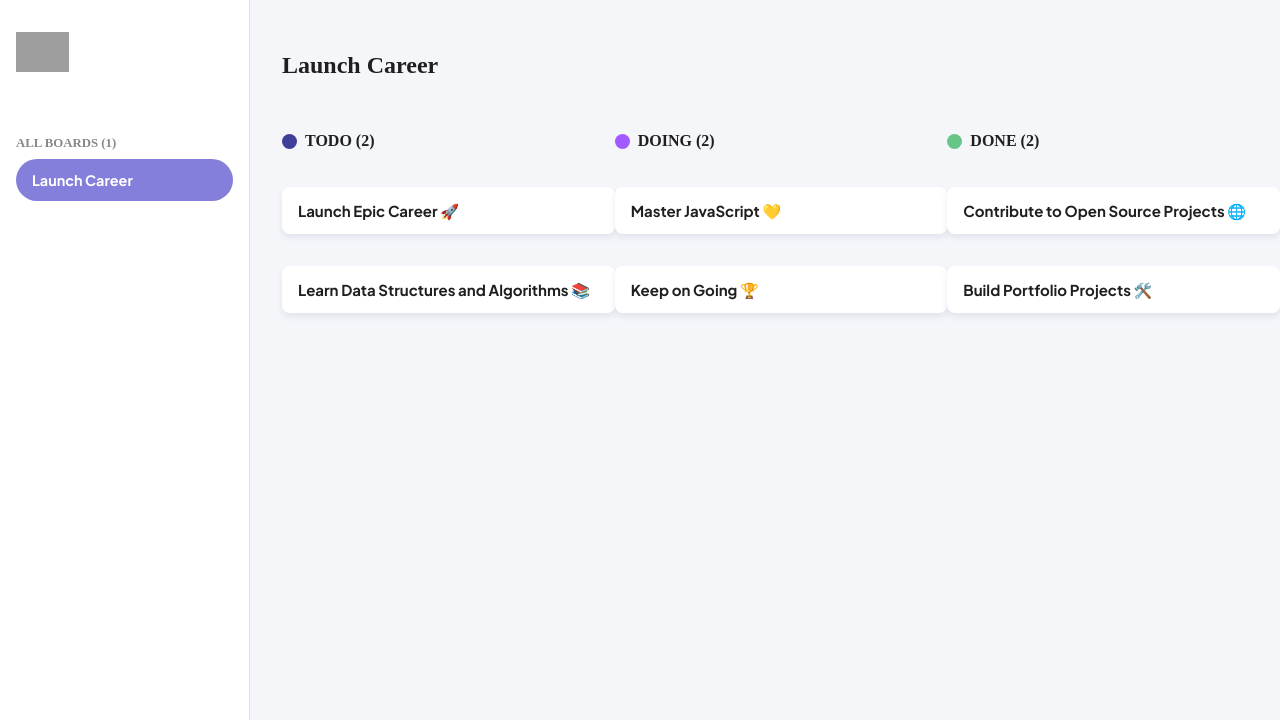
Repository: andajonas/ANDJON25111_fto2502_A2_Anda_Jonas_JSL01
Page: index.html
The author's editor kept a copy of each file at every save. The page is drawn from the files as they stood at one save, then again after the next save.
The browser window is 1280 px wide. The pictures show the whole page.
The pointer rests on the first visible `.board-btn`.
Pictures or frames that could not be fetched are drawn as grey boxes.

Above is the page before, as saved 2025-04-25 13:01:18.

### index.html
<html lang="en">
  <head>
    <meta charset="UTF-8" />
    <meta name="viewport" content="width=device-width, initial-scale=1.0" />
    <title>Kanban Board</title>
    <link rel="stylesheet" href="style.css" />
  </head>

  <body>
    <div class="kanban-container">
      <!-- Sidebar -->
      <nav class="sidebar">
        <div class="logo">
<img src="assets/logo-light.svg" alt="Kanban logo">
        </div>
        <div class="board-list">
          <h4>ALL BOARDS (1)</h4>
          <button class="board-btn">Launch Career</button>
        </div>
      </nav>

      <!-- Main Board Section -->
      <div class="main-board">
        <header>
          <h2 class="board-title">Launch Career</h2>
        </header>

        <main class="columns">
          <!-- TO DO Column -->
          <div class="column">
            <div class="column-header">
              <span class="dot todo"></span>
              <h4>TODO (2)</h4>
            </div>
            <div class="card-container">
              <div class="card">Launch Epic Career 🚀</div>
              <div class="card">Learn Data Structures and Algorithms 📚</div>
            </div>
          </div>

          <!-- DOING Column -->
          <div class="column">
            <div class="column-header">
              <span class="dot doing"></span>
              <h4>DOING (2)</h4>
            </div>
            <div class="card-container">
              <div class="card">Master JavaScript 💛</div>
              <div class="card">Keep on Going 🏆</div>
            </div>
          </div>

          <!-- DONE Column -->
          <div class="column">
            <div class="column-header">
              <span class="dot done"></span>
              <h4>DONE (2)</h4>
            </div>
            <div class="card-container">
              <div class="card">Contribute to Open Source Projects 🌐</div>
              <div class="card">Build Portfolio Projects 🛠️</div>
            </div>
          </div>
        </main>
      </div>
    </div>
  </body>
</html>

### style.css
@import url('https://fonts.googleapis.com/css2?family=Plus+Jakarta+Sans:wght@400;700&display=swap');
/* Base Styles */
body {
    margin: 0;
    font-family: "inter" sans-serif;
    background-color: #f5f6fa;
    color: #1f1f1f;
  }

  .kanban-container {
    display: grid;
    grid-template-columns: 250px 1fr;
    height: 100vh;
  }

  /* Sidebar */
  .sidebar {
    background-color: white;
    padding: 2rem 1rem;
    border-right: 1px solid #e0e0e0;
  }

  .logo img {
    height: 40px; /* adjust to match the Figma scale */
    margin-bottom: 2rem; /* space below the logo before "ALL BOARDS" */
  }


  .board-list h4 {
    font-size: 0.8rem;
    font-weight: 600;
    color: #888;
    margin: 2rem 0 0.5rem;
  }
  .board-btn {
    background-color: #635FC7;         /* Purple background */
    color: white;                      /* White text */
    border: none;
    padding: 0.75rem 1rem;
    font-weight: 600;
    border-radius: 24px;               /* Fully rounded look */
    cursor: pointer;
    text-align: left;
    width: 100%;
    font-family: 'Plus Jakarta Sans', sans-serif;
    font-size: 0.9rem;
    transition: background-color 0.2s ease;
  }

  .board-btn:hover {
    background-color: #847fda;         /* Slightly lighter on hover */
  }

  /* Main Content */
  .main-board {
    padding: 2rem;
    overflow-x: auto;
  }

  .board-title {
    font-size: 1.5rem;
    font-weight: 600;
    margin-bottom: 2rem;
  }

  /* Columns Layout */
  .columns {
    display: grid;
    grid-template-columns: repeat(3, 1fr);
    gap: 2rem;
  }

  /* Column */
  .column {
    display: flex;
    flex-direction: column;
  }

  /* Column Header */
  .column-header {
    display: flex;
    align-items: center;
    gap: 0.5rem;
    font-weight: 600;
    margin-bottom: 1rem;
  }

  .dot {
    width: 15px;
    height: 15px;
    border-radius: 50%;
  }

  .dot.todo {
    background-color: #3f3f99;
  }

  .dot.doing {
    background-color: #a259ff;
  }

  .dot.done {
    background-color: #67c587;
  }

  /* Cards */
  .card-container {
    display: flex;
    flex-direction: column;
    gap: 1rem;
  }

  .card {
      font-family: 'Plus Jakarta Sans', sans-serif;
      font-weight: 700;
      font-size: 15px;
      line-height: 1;
      padding: 1rem;
      background-color: white;
      border-radius: 8px;
      box-shadow: 0px 4px 6px rgba(54, 78, 126, 0.1);
      margin-bottom: 1rem;
      width: 100%;
      max-width: 301px;
    }

After the next save:
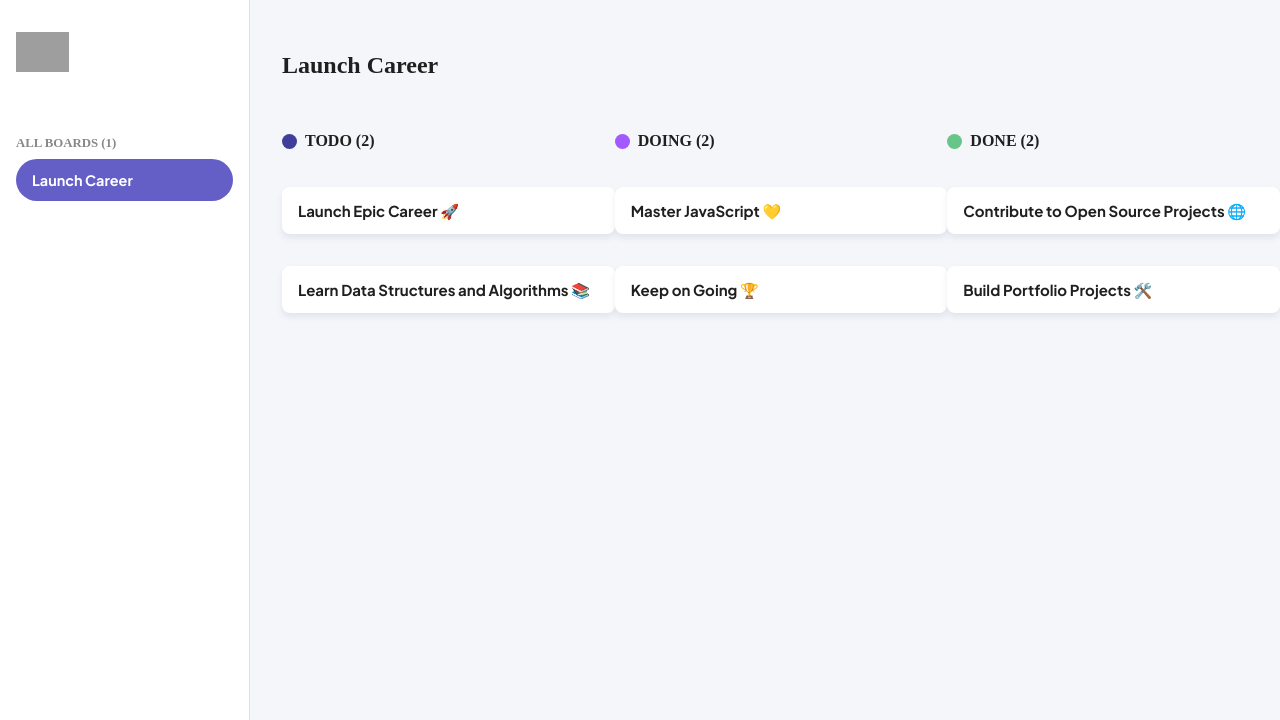
Saved 8 s later.
--- a/style.css
+++ b/style.css
@@ -47,9 +47,6 @@
     transition: background-color 0.2s ease;
   }
 
-  .board-btn:hover {
-    background-color: #847fda;         /* Slightly lighter on hover */
-  }
 
   /* Main Content */
   .main-board {

After the 2 saves that followed:
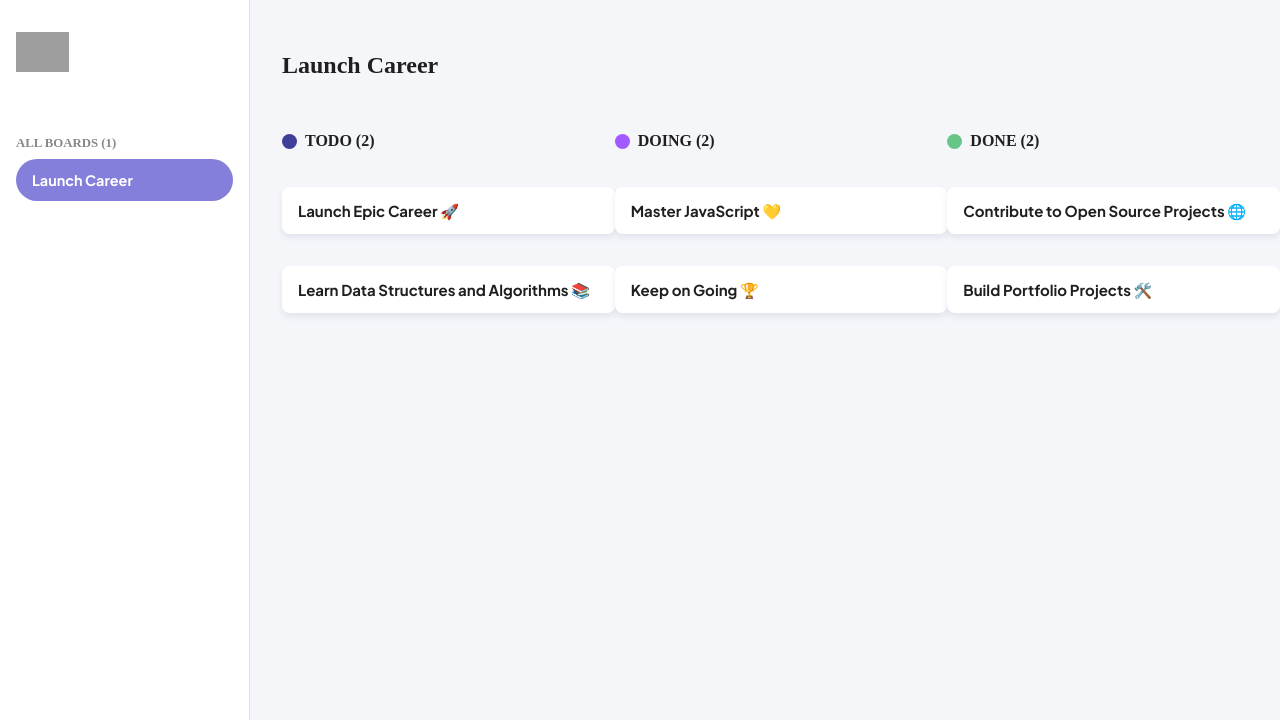
The 2 saves are shown as one change because they came seconds apart.
The last was saved 16 s later.
--- a/style.css
+++ b/style.css
@@ -47,6 +47,9 @@
     transition: background-color 0.2s ease;
   }
 
+  .board-btn:hover {
+    background-color: #847fda;         /* Slightly lighter on hover */
+  }
 
   /* Main Content */
   .main-board {
